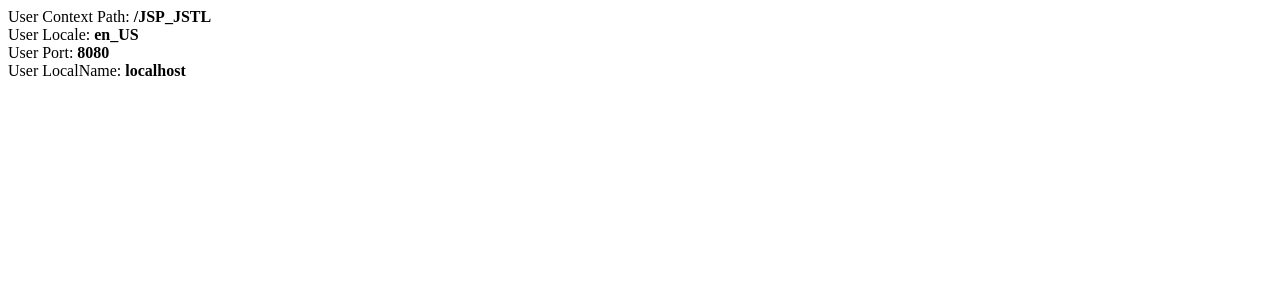
Repository: mrhpn/JavaEE--JSP-SERVLET
Page: http://localhost/JSP_JSTL/request-demo.jsp
The author's editor kept a copy of each file at every save. The page is drawn from the files as they stood at one save, then again after the next save.
The browser window is 1280 px wide. The pictures show the whole page.
The page is served by Tomcat 9.

Above is the page before, as saved 2021-03-30 08:25:12.

### JSP_JSTL/WebContent/request-demo.jsp
<%@ page language="java" contentType="text/html; charset=ISO-8859-1"
    pageEncoding="ISO-8859-1"%>
<!DOCTYPE html>
<html>
<head>
<meta charset="ISO-8859-1">
<title>Request Demo</title>
</head>
<body>

	User Context Path: <b> <%= request.getContextPath() %> </b>
	<br>
	User Locale: <b> <%= request.getLocale() %> </b>
	<br>
	User Port: <b> <%= request.getLocalPort() %> </b>
	<br>
	User LocalName: <b> <%= request.getLocalName() %> </b>

</body>
</html>

After the next save:
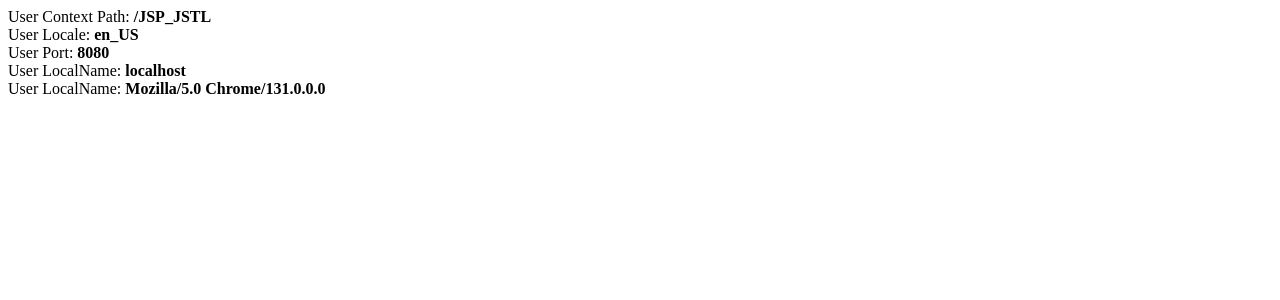
Saved 57 s later.
--- a/JSP_JSTL/WebContent/request-demo.jsp
+++ b/JSP_JSTL/WebContent/request-demo.jsp
@@ -15,6 +15,8 @@
 	User Port: <b> <%= request.getLocalPort() %> </b>
 	<br>
 	User LocalName: <b> <%= request.getLocalName() %> </b>
+	<br>
+	User LocalName: <b> <%= request.getHeader("user-agent") %> </b>
 
 </body>
 </html>

After the 2 saves that followed:
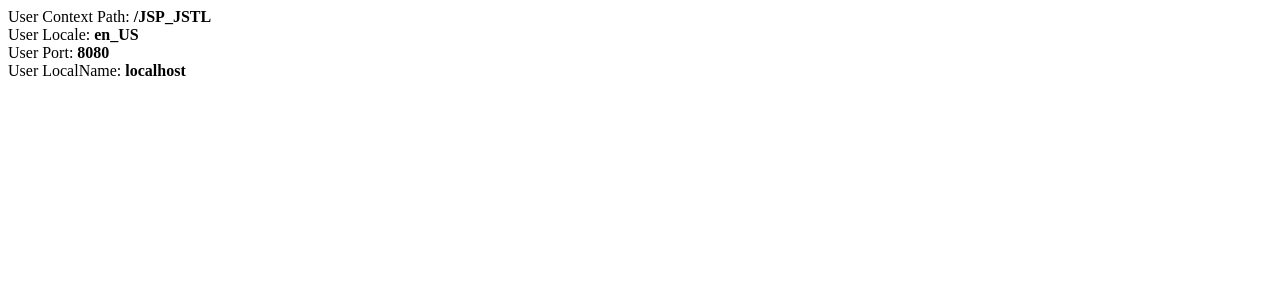
The 2 saves are shown as one change because they came seconds apart.
The last was saved 8 s later.
--- a/JSP_JSTL/WebContent/request-demo.jsp
+++ b/JSP_JSTL/WebContent/request-demo.jsp
@@ -16,7 +16,7 @@
 	<br>
 	User LocalName: <b> <%= request.getLocalName() %> </b>
 	<br>
-	User LocalName: <b> <%= request.getHeader("user-agent") %> </b>
+
 
 </body>
 </html>
